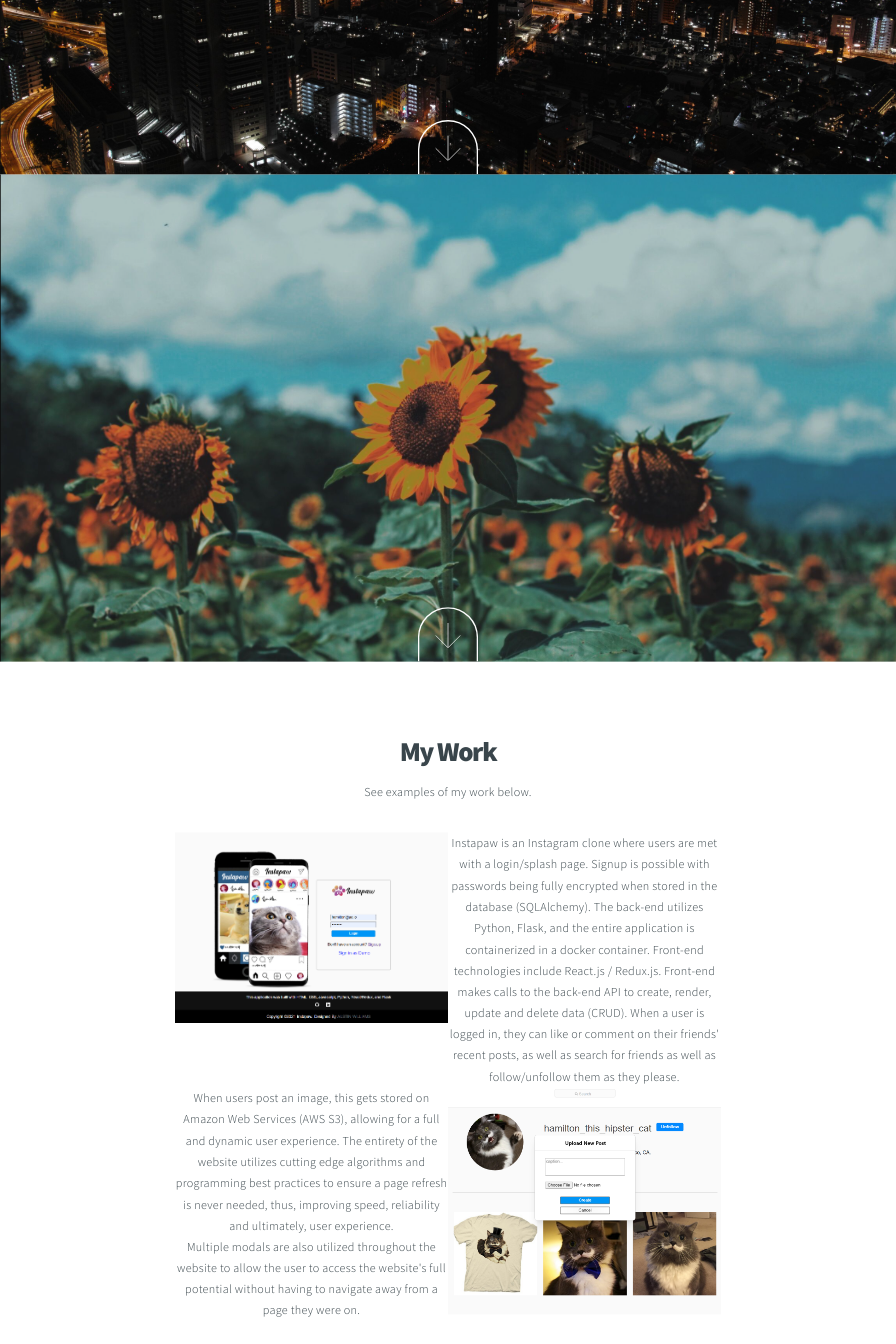
Repository: AustinW24/AustinW24.github.io
Page: index.html
These files come from the project's save history. The page is drawn as it stood at one moment and after the next save; the edit follows.
The browser window is 1280 px wide. The pictures show the part of the page from y = 1138 to 3058 px (the page is 4427 px tall before and 4398 px after), at 70% of full size.
Backgrounds fixed to the window are drawn as part of the page.

Above is the page before, as saved 2021-12-27 15:52:28.

After the next save:
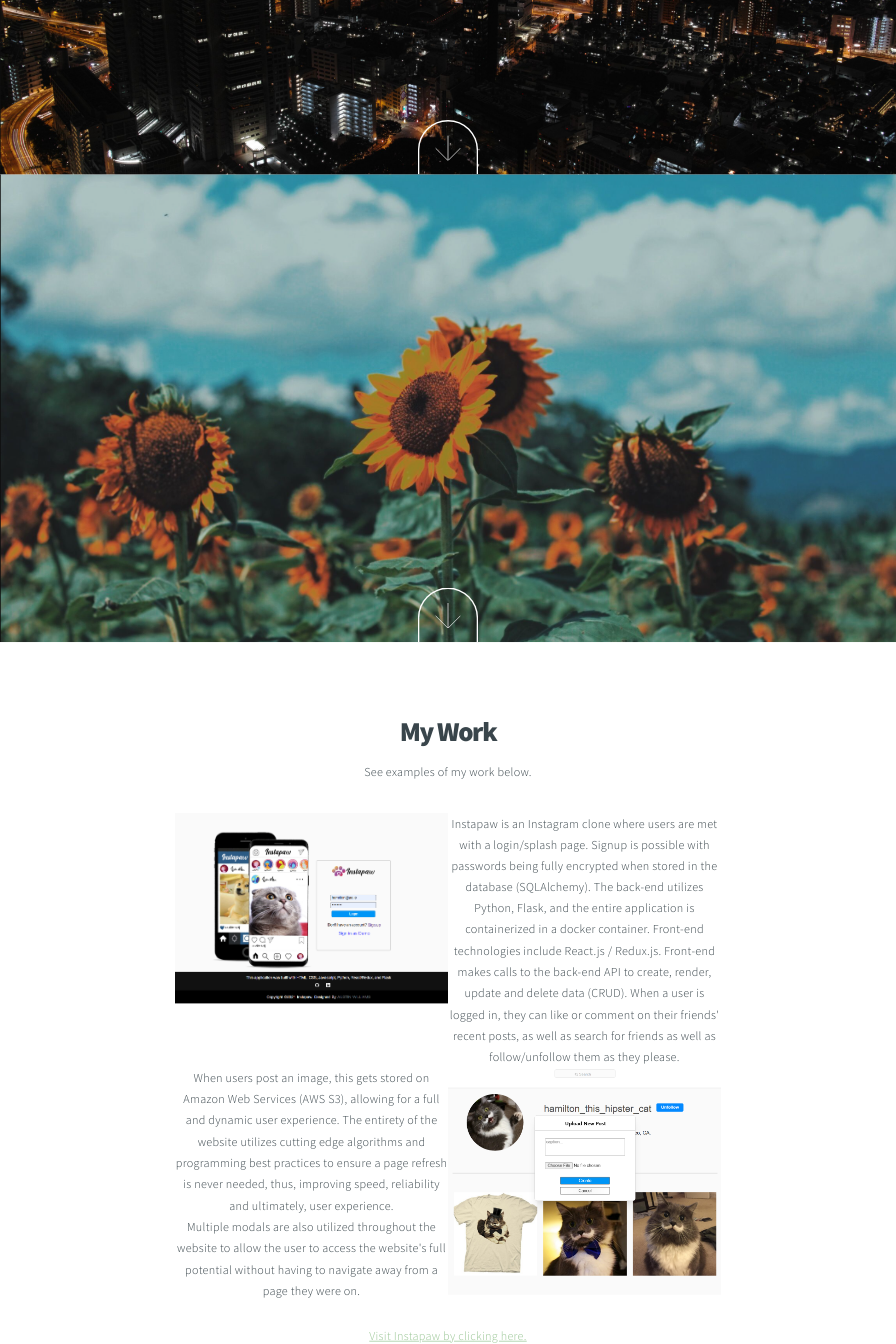
Saved 69 s later.
--- a/index.html
+++ b/index.html
@@ -78,7 +78,7 @@
 
     <!-- Two -->
     <section id="two" class="main style2 left dark fullscreen" style="max-height: 100vh">
-        <div class="content box style2" style="min-width: 700px; margin-bottom: 100px">
+        <div class="content box style2" style="min-width: 800px; margin-bottom: 100px">
             <header>
                 <h2 style="font-size: 16px">Who I Am</h2>
             </header>
